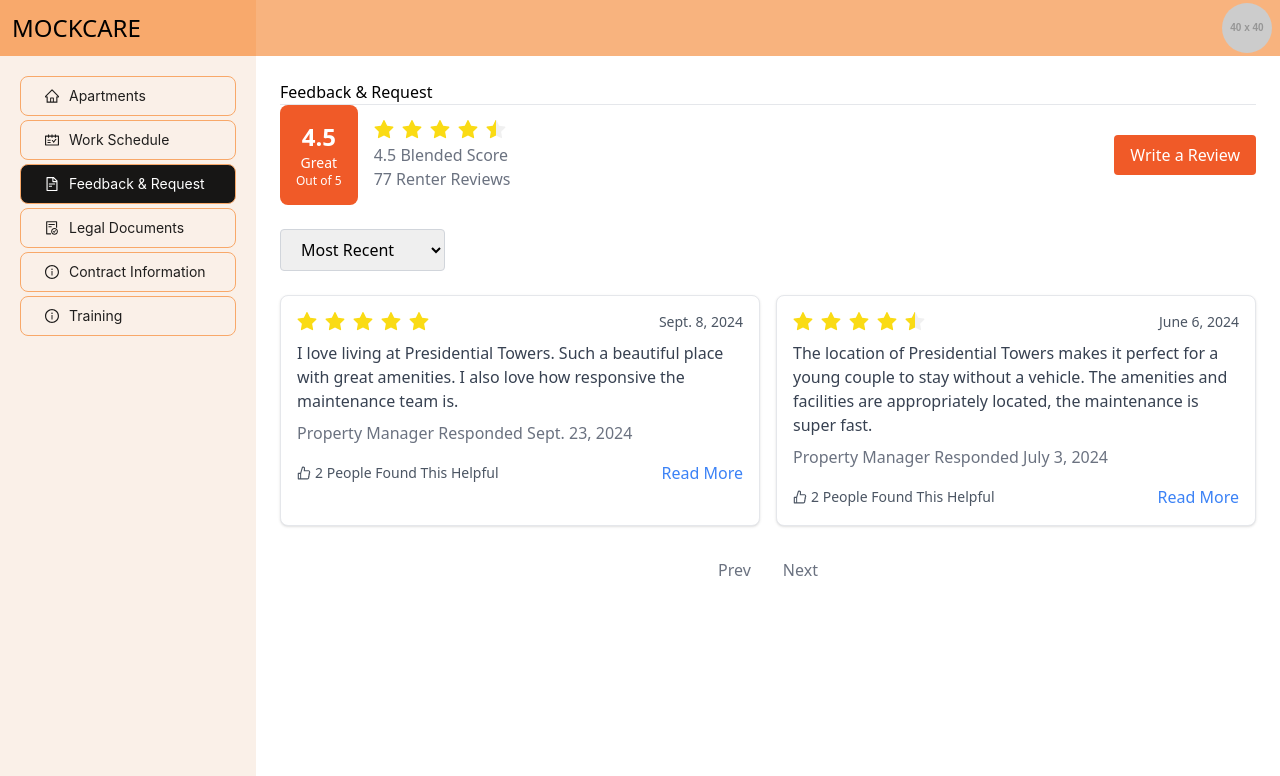
Repository: dunh-real/MockProject_102024_Nhom4
Page: / (app in frontend/)
An editor plug-in stored every save of this project. The page is shown before and after the next save, followed by the edit.
The browser window is 1280 px wide. The pictures show the whole page.
The project was rebuilt for these pictures with package versions that can differ from the ones it lists, and the page was loaded fresh each time. Also part of the build but not shown: frontend/vite.config.js, frontend/vite.config.ts, frontend/src/App.css, frontend/src/component/ReviewModal.tsx.

Above is the page before, as saved 2024-10-09 12:59:10.

### frontend/src/App.tsx

import './App.css'
import ReviewList from './pages/Feedback&Request/Feedback&Request'
// import LoginForm from './pages/Login/Login'

function App() {


  return (
    <>
      {/* <LoginForm/> */}
      <ReviewList/>
    </>
  )
}

export default App

### frontend/src/pages/Feedback&Request/Feedback&Request.tsx
import React, { useState } from 'react';
import { Rate } from 'antd'; // Dùng Antd cho Rate, có thể thay thế bằng biểu tượng của Tailwind nếu cần
import { LikeOutlined } from '@ant-design/icons';
import ReviewModal from '../../component/ReviewModal';
import Sidebar from '../../component/Sidebar';

interface Review {
    date: string;
    rating: number;
    text: string;
    managerResponse: string;
    helpfulCount: number;
}

const reviews: Review[] = [
    {
        date: 'Sept. 8, 2024',
        rating: 5,
        text: 'I love living at Presidential Towers. Such a beautiful place with great amenities. I also love how responsive the maintenance team is.',
        managerResponse: 'Property Manager Responded Sept. 23, 2024',
        helpfulCount: 2,
    },
    {
        date: 'June 6, 2024',
        rating: 4.5,
        text: 'The location of Presidential Towers makes it perfect for a young couple to stay without a vehicle. The amenities and facilities are appropriately located, the maintenance is super fast.',
        managerResponse: 'Property Manager Responded July 3, 2024',
        helpfulCount: 2,
    },
];

const ReviewList: React.FC = () => {
    const [showModal, setShowModal] = useState<boolean>(false);
    const [page, setPage] = useState<number>(1);

    const handlePageChange = (page: number) => {
        setPage(page);
    };

    const handleSortChange = (value: string) => {
        console.log(`Sort by: ${value}`);
    };

    return (
        <div className=" min-h-screen  bg-gray-50">
            <div className='flex  bg-[#f8a769d9]  justify-between items-center'>
                <div className=' bg-[#f8a769d9] p-3 w-1/5'>
                    <h1 className='text-2xl'>MOCKCARE</h1>
                </div>
                <div className="flex  justify-end">
                    <img
                        src="https://via.placeholder.com/40"
                        alt="Avatar"
                        className="rounded-full w-[50px] h-[50px] mr-2"
                    />
                </div>
            </div>
            <div className="flex">
                <Sidebar />
                <div className="w-4/5 p-6 bg-white">
                    <div>
                        <h2>Feedback & Request</h2>
                        <hr />
                    </div>
                    <div className="flex justify-between items-center mb-6">
                        <div className="flex items-center">
                            <div className="bg-[#f05a28] text-white text-center p-4 rounded-lg">
                                <div className="text-2xl font-bold">4.5</div>
                                <div className="text-sm">Great</div>
                                <div className="text-xs">Out of 5</div>
                            </div>
                            <div className="ml-4">
                                <Rate allowHalf defaultValue={4.5} disabled />
                                <div className="text-gray-500">4.5 Blended Score</div>
                                <div className="text-gray-500">77 Renter Reviews</div>
                            </div>
                        </div>
                        <button
                            onClick={() => setShowModal(true)}
                            className="bg-[#f05a28] text-white px-4 py-2 rounded hover:bg-[#f25f30]"
                        >
                            Write a Review
                        </button>
                    </div>
                    <div className="mb-6 flex justify-between">
                        <select
                            onChange={(e) => handleSortChange(e.target.value)}
                            className="border border-gray-300 rounded px-4 py-2"
                        >
                            <option value="recent">Most Recent</option>
                            <option value="highest">Highest Rating</option>
                            <option value="lowest">Lowest Rating</option>
                        </select>
                    </div>
                    <div className="grid grid-cols-1 md:grid-cols-2 gap-4">
                        {reviews.slice((page - 1) * 2, page * 2).map((review, index) => (
                            <div key={index} className="p-4 border border-gray-200 rounded-lg bg-white shadow">
                                <div className="flex justify-between items-center mb-2">
                                    <Rate allowHalf defaultValue={review.rating} disabled />
                                    <span className="text-sm text-gray-600">{review.date}</span>
                                </div>
                                <p className="text-gray-700">{review.text}</p>
                                <p className="text-gray-500 mt-2">{review.managerResponse}</p>
                                <div className="flex justify-between items-center mt-4">
                                    <div className="flex items-center text-sm text-gray-600">
                                        <LikeOutlined className="mr-1" />
                                        {review.helpfulCount} People Found This Helpful
                                    </div>
                                    <button className="text-blue-500">Read More</button>
                                </div>
                            </div>
                        ))}
                    </div>
                    <div className="flex justify-center mt-6">
                        <button
                            onClick={() => handlePageChange(page - 1)}
                            className="px-4 py-2 text-gray-500"
                            disabled={page === 1}
                        >
                            Prev
                        </button>
                        <button
                            onClick={() => handlePageChange(page + 1)}
                            className="px-4 py-2 text-gray-500"
                        >
                            Next
                        </button>
                    </div>
                </div>
            </div>
            {showModal && <ReviewModal setShowModal={setShowModal} />}
        </div>
    );
};

export default ReviewList;

### frontend/src/component/Sidebar.tsx
import { Menu } from 'antd';
import { HomeOutlined, ScheduleOutlined, FileTextOutlined, FileDoneOutlined, InfoCircleOutlined } from '@ant-design/icons';

const Sidebar = () => {
  return (
    <div style={{ width: '20%', minHeight: '100vh', backgroundColor: '#FAF0E8', padding: '1rem' }}>
      <Menu
        defaultSelectedKeys={['feedback']}
        mode="inline"
        style={{ backgroundColor: '#FAF0E8', borderRight: 0 }}
      >
        <Menu.Item
          key="apartments"
          icon={<HomeOutlined />}
          style={{
            padding: '12px 24px',
            border:1, borderStyle:'solid', borderColor:'#F8A869'
          }}
        >
          Apartments
        </Menu.Item>
        <Menu.Item
          key="schedule"
          icon={<ScheduleOutlined />}
          style={{
            padding: '12px 24px',
            border:1, borderStyle:'solid', borderColor:'#F8A869'
          }}
        >
          Work Schedule
        </Menu.Item>
        <Menu.Item
          key="feedback"
          icon={<FileTextOutlined />}
          style={{
            backgroundColor: '#171615',
            color: 'white',
            padding: '12px 24px',
            border:1, borderStyle:'solid', borderColor:'#F8A869'
          }}
        >
          Feedback & Request
        </Menu.Item>
        <Menu.Item
          key="legal"
          icon={<FileDoneOutlined />}
          style={{
            padding: '12px 24px',
            border:1, borderStyle:'solid', borderColor:'#F8A869'
          }}
        >
          Legal Documents
        </Menu.Item>
        <Menu.Item
          key="contract"
          icon={<InfoCircleOutlined />}
          style={{
            padding: '12px 24px',
            border:1, borderStyle:'solid', borderColor:'#F8A869'
          }}
        >
          Contract Information
        </Menu.Item>
        <Menu.Item
          key="training"
          icon={<InfoCircleOutlined />}
          style={{
            padding: '12px 24px',
            border: 1, borderStyle: 'solid', borderColor: '#F8A869'
          }}
        >
          Training
        </Menu.Item>
      </Menu>
    </div>
  );
};

export default Sidebar;

Loaded but not shown: frontend/index.html (common file); frontend/src/main.jsx (common file); frontend/src/index.css (common file); frontend/tailwind.config.js (common file)

After the next save:
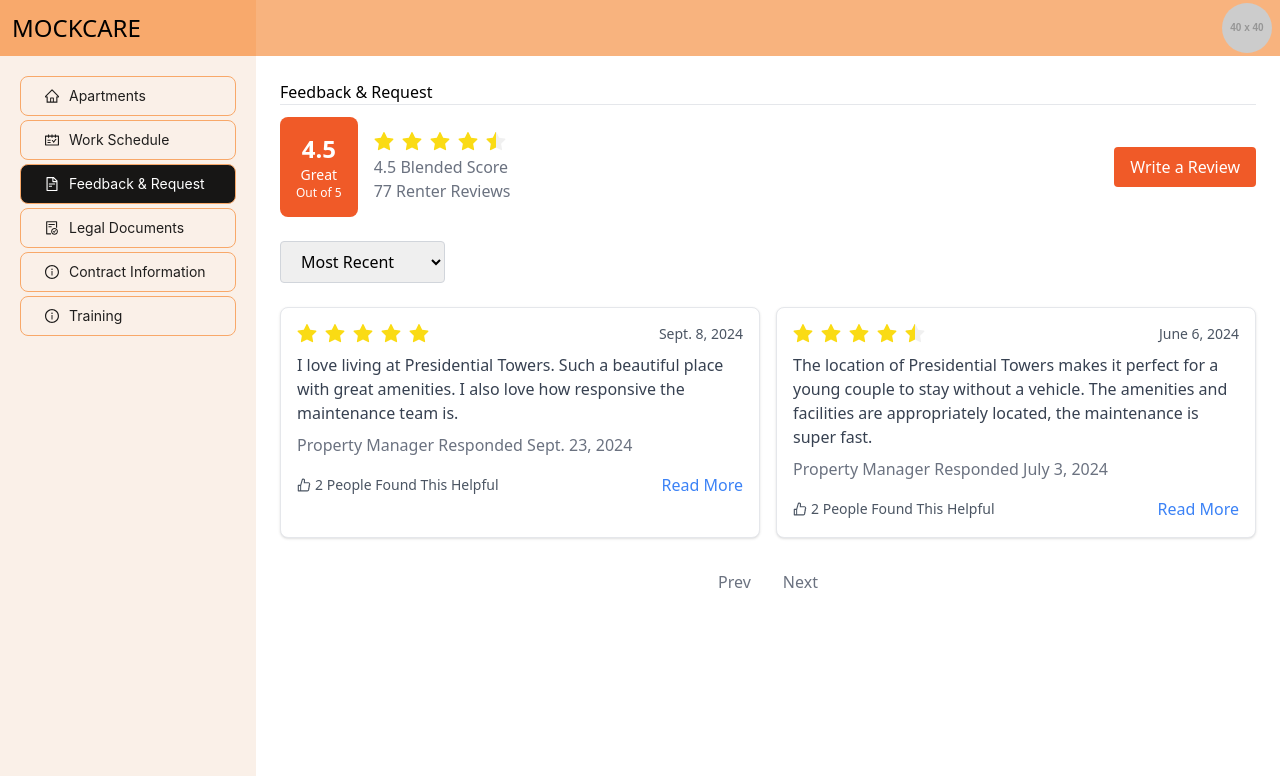
Saved 6 s later.
--- a/frontend/src/pages/Feedback&Request/Feedback&Request.tsx
+++ b/frontend/src/pages/Feedback&Request/Feedback&Request.tsx
@@ -58,7 +58,7 @@ const ReviewList: React.FC = () => {
             <div className="flex">
                 <Sidebar />
                 <div className="w-4/5 p-6 bg-white">
-                    <div>
+                    <div className='mb-3'>
                         <h2>Feedback & Request</h2>
                         <hr />
                     </div>
